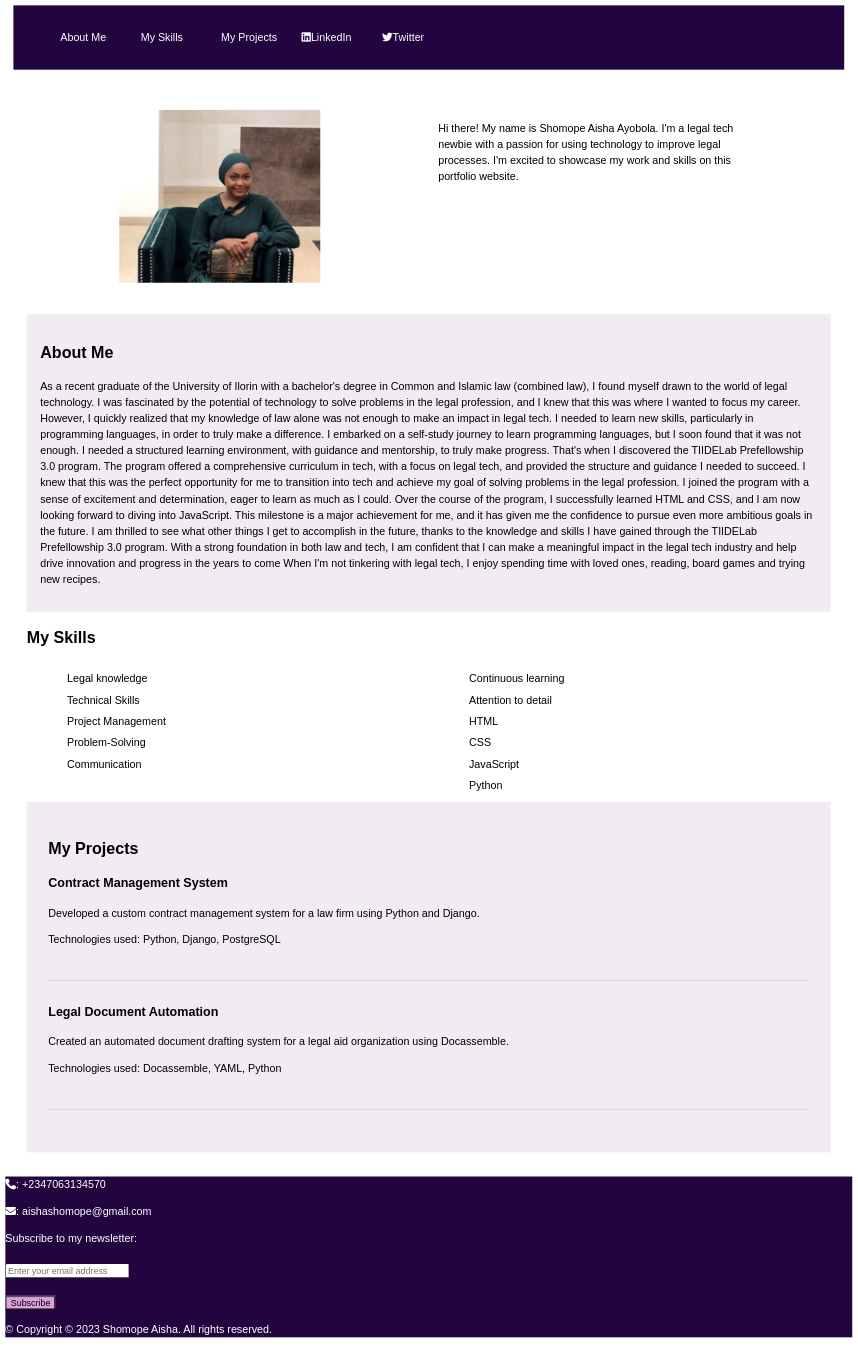
Repository: Iyewande/AishasPortfolio
Page: Index.html
These files come from the project's save history. The page is drawn as it stood at one moment and after the next save; the edit follows.
The browser window is 1280 px wide. The pictures show the whole page, at 67% of full size.
Some web libraries are served in a nearby version.

Above is the page before, as saved 2023-05-04 22:19:48.

### Index.html
<!DOCTYPE html>
<html lang="en">
    <head>
        <meta charset="UTF-8">
        <meta http-equiv="X-UA-Compatible" content="IE=edge">
        <meta name="viewport" content="width=device-width, initial-scale=1.0">
        <title>My Legal Tech Portfolio</title>
        <link rel="stylesheet" href="Style.css">
        <script src="https://kit.fontawesome.com/dcc74d8766.js" crossorigin="anonymous"></script>
    </head>
    <body>
        <div class="main-container">
        <!-- This HTML code creates a simple portfolio website with three main sections: About Me, My Projects, and My Skills.
            The navigation menu allows visitors to easily navigate between the sections of the website. The CSS styling for
            this website is located in a separate style.css file. -->
        <header id="header">
            <div>

            </div>
            <nav>
                <ul>
                    <li><a href="#about">About Me</a></li>
                    <li><a href="#skills">My Skills</a></li>
                    <li><a href="#projects">My Projects</a></li>
                    <li><a href="https://www.linkedin.com/in/shomope-aisha-ayobola/"><i class="fa-brands fa-linkedin"></i>LinkedIn</a></li>
                    <li><a href="https://twitter.com/ShomopeAisha"><i class="fa-brands fa-twitter"></i>Twitter</a></li>
                  </ul>
            </nav>
        </header>
        <main>
            <section id="landingPage">
                <div id="image">
                    <img id="img" src="E17CF07F-F5B1-4C94-9C3E-8D25C5FEC29B.jpg" alt="A picture of me">
                </div>
                <div id="heading">
                    <p>Hi there! My name is Shomope Aisha Ayobola.  I'm a legal tech newbie with a passion for using technology to improve legal processes. I'm excited to
                        showcase my work and skills on this portfolio website.
                    </p>
                </div>

            </section>
            <section  id="about">
                <div id="aboutMe">
                    <h2>About Me</h2>
                </div>
                <div id="paragraph">
                    <p>
                        As a recent graduate of the University of Ilorin with a bachelor's degree in Common and Islamic law (combined law), I found myself drawn to the world of legal technology. I was fascinated by the potential of technology to solve problems in the legal profession, and I knew that this was where I wanted to focus my career.
                        However, I quickly realized that my knowledge of law alone was not enough to make an impact in legal tech. I needed to learn new skills, particularly in programming languages, in order to truly make a difference. I embarked on a self-study journey to learn programming languages, but I soon found that it was not enough. I needed a structured learning environment, with guidance and mentorship, to truly make progress.
                        That's when I discovered the TIIDELab Prefellowship 3.0 program. The program offered a comprehensive curriculum in tech, with a focus on legal tech, and provided the structure and guidance I needed to succeed. I knew that this was the perfect opportunity for me to transition into tech and achieve my goal of solving problems in the legal profession.
                        I joined the program with a sense of excitement and determination, eager to learn as much as I could. Over the course of the program, I successfully learned HTML and CSS, and I am now looking forward to diving into JavaScript. This milestone is a major achievement for me, and it has given me the confidence to pursue even more ambitious goals in the future.
                        I am thrilled to see what other things I get to accomplish in the future, thanks to the knowledge and skills I have gained through the TIIDELab Prefellowship 3.0 program. With a strong foundation in both law and tech, I am confident that I can make a meaningful impact in the legal tech industry and help drive innovation and progress in the years to come
                        When I'm not tinkering with legal tech, I enjoy spending time with loved ones, reading, board games and trying new recipes.
                    </p>
                </div>

            </section>
              <section id="skills">
                <div id="mySkills">
                    <h2>My Skills</h2>
                </div>
               <div id="list">
                    <div id="unordered">
                         <p>Legal knowledge</p>
                         <p>Technical Skills</p>
                         <p>Project Management</p>
                         <p>Problem-Solving</p>
                         <p>Communication</p>
                    </div>
                    <div id="ordered">
                        <p>Continuous learning</p>
                        <p>Attention to detail</p>
                        <p>HTML</p>
                        <p>CSS</p>
                        <p>JavaScript</p>
                        <p>Python</p>
                </div>
              </section>
              <section id="projects">
                <div class="main-container"></div>
                <h2>My Projects</h2>
                <ul>
                  <li>
                    <h3>Contract Management System</h3>
                    <p>Developed a custom contract management system for a law firm using Python and Django.</p>
                    <p>Technologies used: Python, Django, PostgreSQL</p>
                  </li>
                  <li>
                    <h3>Legal Document Automation</h3>
                    <p>Created an automated document drafting system for a legal aid organization using Docassemble.</p>
                    <p>Technologies used: Docassemble, YAML, Python</p>
                  </li>
                </ul>
              </section>
              <section>
                <!-- <h3 id="futureProjects">Future projects</h3> -->
                <!-- As a complete legal tech newbie with only legal knowledge, HTML, and CSS skills, you can still build a portfolio
                       that showcases your abilities and potential. Here are some project ideas: -->

                <!-- <ul>
                    <li>
                        <h3>Legal blog or website</h3>
                        <p>Create a blog or website that discusses legal topics, provides legal advice, or offers legal services.</p>
                        <p>Tools:My HTML and CSS skills to design and build the website, and my legal knowledge to create
                            engaging and informative content.</p>
                    </li>
                    <li>
                        <h3>Legal case study</h3>
                        <p> Analyze a legal case and create a detailed report that summarizes the facts, legal issues, and outcomes.</p>
                    </li>
                    <li>
                        <h3>Legal newsletter</h3>
                        <p>Develop a newsletter that provides updates on legal news, recent court decisions, or changes in legislation.</p>
                    </li>
                    <li>
                        <h3>Legal Podcast </h3>
                        <p>Create a podcast that discusses legal topics or features interviews with legal professionals.</p>
                    </li>
                    <li>
                        <h3>Legal infographic</h3>
                        <p>Create an infographic that explains a legal concept or process in a visually engaging way.</p>
                    </li>
                    <h3>Legal research database</h3>
                    <p>Build a legal research database that allows users to search for legal cases or statutes using keywords, topics, and other criteria.</p>
                    </li>
                    <li>
                        <h3>Document automation</h3>
                        <p>Develop a tool that automates the creation of legal documents, such as contracts or agreements, using templates and user input.</p>
                    </li>
                    <li>
                        <h3>Contract management system</h3>
                        <p>Create a system that manages the entire contract lifecycle, from drafting to negotiation to execution and beyond.</p>
                    </li>
                    <li>
                        <h3>Compliance tracking tool</h3>
                        <p>Build a tool that helps companies track their compliance with legal regulations, such as data privacy laws or labor laws.</p>
                    </li>
                    <li>
                        <h3>Legal analytics dashboard</h3>
                        <p>Develop a dashboard that provides insights and analytics on legal data, such as case outcomes or legal spend.</p>
                    </li>
                    <li>
                        <h3>E-discovery tool</h3>
                        <p>Create a tool that helps legal teams manage electronic discovery, including searching, reviewing, and producing relevant documents for litigation.</p>
                    </li>
                    <li>
                        <h3>Virtual legal assistant</h3>
                        <p>Build a virtual assistant that can answer legal questions, provide guidance on legal processes, or assist with legal research.</p>
                    </li>
                </ul>
              </section>
              <p>These projects will help demonstrate my creativity, technical skills, and understanding of legal concepts.
                They can be used to showcase my work to potential employers, clients, or collaborators in the legal tech industry.
                As I continue to learn and develop your skills, I can incorporate more advanced technical components into my
                portfolio projects.</p> -->

        </main>
        <!-- footer: contains content that appears at the bottom of the page, such as copyright information. -->
        <footer id="footer">
            <div >
                <div class="contact">
                    <p><i class="fa-sharp fa-solid fa-phone"></i>: +2347063134570</p>
                    <p><i class="fa-solid fa-envelope"></i>: aishashomope@gmail.com</p>
                </div>
                <form action="#" method="post">
                    <label for="subscribe">Subscribe to my newsletter:</label>
                    <br><br>
                    <input type="email" id="subscribe" name="subscribe" placeholder="Enter your email address">
                    <br><br>
                    <button class=btn type="submit">Subscribe</button>
                </form>
                <p>&copy; Copyright © 2023 Shomope Aisha. All rights reserved.</p>
            </div>
        </footer>
    </div>
    </body>
</html>

### Style.css
/* Specific styles */

/* Header Styles */
#header {
  background-color: rgb(34, 4, 63);
  color: #fff;
  display: flex;
}

.header-container {
  display: flex;
  justify-content: space-between;
  align-items: center;
}

nav ul {
  display: flex;
  list-style: none;
}

nav ul li {
  margin: 0 10px;
  display: inline-block;
  width: 100px;
}

nav ul li a {
  color: #fff;
  text-decoration: none;
}

#landingPage {
  display: flex;
  margin: 20px;
  padding: 20px;
  justify-content: space-around;
}

#image{
  width: 25%;
}
#img{
  width: 300px;
}

#heading{
  width: 40%;
}

  #about {
    background-color: rgb(243, 235, 243);
    padding: 20px;
  }

  #about p {
    margin-bottom: 1em;
  }
  #aboutMe h2{
    font-size: 24px;
  }

  #projects ul {
    list-style: none;
    margin: 0;
    padding: 0;
  }

  #projects li {
    border-bottom: 1px solid #ccc;
    margin-bottom: 2em;
    padding-bottom: 2em;
  }

  #projects h3 {
    margin-top: 0;
  }

  #projects p {
    margin-bottom: 1em;
  }

  #projects {
    background-color: rgb(243, 235, 243);
    padding: 2em;
  }

  #futureProjects li {
    background-color: rgb(243, 235, 243);
    padding: 2em;
  }


  #skills ul {
    display: grid;
    grid-template-columns: repeat(auto-fit, minmax(120px, 1fr));
    grid-gap: 1em;
  }

  #skills li {
    background-color: #f7f7f7;
    border: 1px solid #ccc;
    border-radius: 4px;
    padding: 1em;
    text-align: center;
  }

  #list{
    display: flex;
    justify-content: space-around;
  }

  #unordered{
    width: 40%;
    line-height: 1;
  }

  #ordered{
    width: 40%;
    line-height: 1;
  }


   */
  /* Global Styles */
* {
    box-sizing: border-box;
    margin: 0;
    padding: 0;
}

body {
    font-family: Arial, sans-serif;
    font-size: 16px;
    line-height: 1.5;
}

header, main {
    max-width: 1200px;
    margin: 0 auto;
    padding: 20px;
}

/* Footer styles */
footer{
    background-color: rgb(34, 4, 63);
    color: #fff;
}
/* Hover Style */
nav ul li a:hover {
    text-decoration: underline;
}

.btn {
    background-color:plum;
}
.btn:hover {
    background-color:purple;
    color: white;
}


/* Focus Style */
input:focus {
    background-color: plum;
  }

/* Pseudo style */
h3{
    font-weight: bold;
}

After the next save:
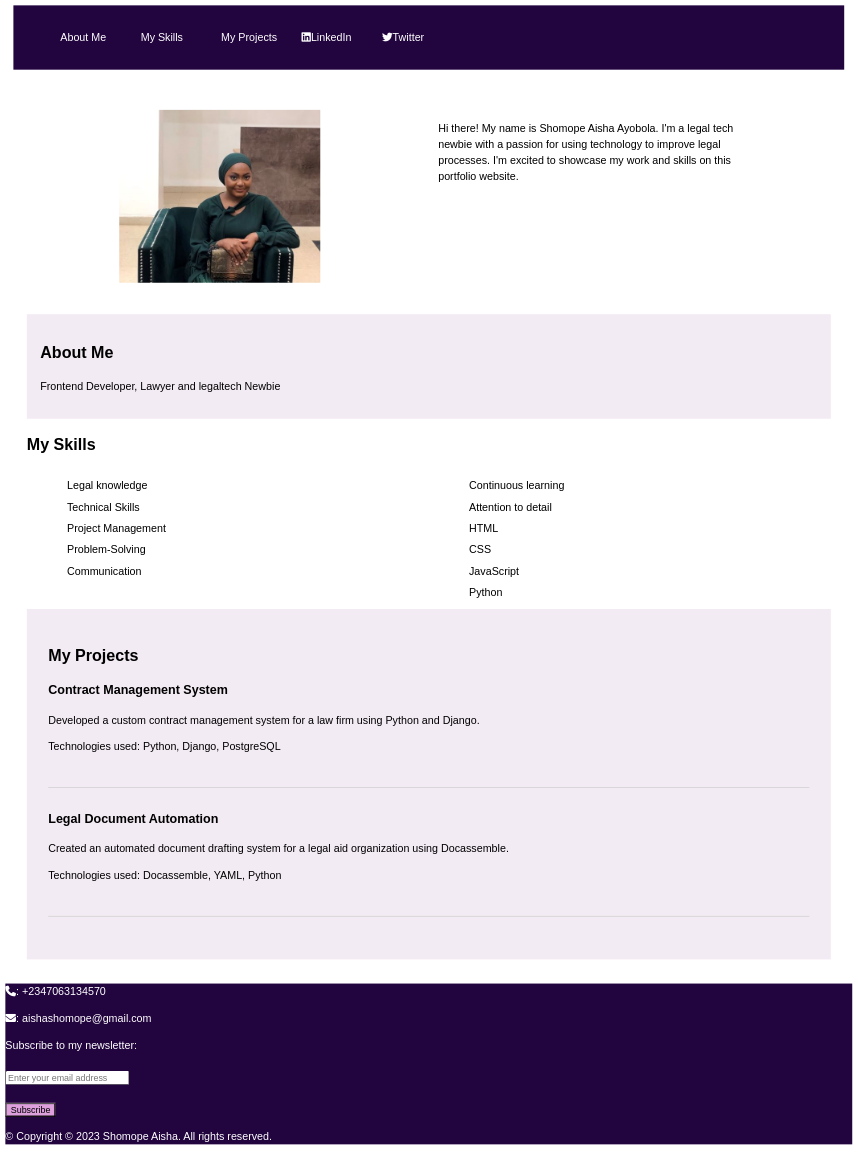
Saved 15 min 47 s later.
--- a/Index.html
+++ b/Index.html
@@ -43,14 +43,10 @@
                 <div id="aboutMe">
                     <h2>About Me</h2>
                 </div>
+                <div></div>
                 <div id="paragraph">
                     <p>
-                        As a recent graduate of the University of Ilorin with a bachelor's degree in Common and Islamic law (combined law), I found myself drawn to the world of legal technology. I was fascinated by the potential of technology to solve problems in the legal profession, and I knew that this was where I wanted to focus my career.
-                        However, I quickly realized that my knowledge of law alone was not enough to make an impact in legal tech. I needed to learn new skills, particularly in programming languages, in order to truly make a difference. I embarked on a self-study journey to learn programming languages, but I soon found that it was not enough. I needed a structured learning environment, with guidance and mentorship, to truly make progress.
-                        That's when I discovered the TIIDELab Prefellowship 3.0 program. The program offered a comprehensive curriculum in tech, with a focus on legal tech, and provided the structure and guidance I needed to succeed. I knew that this was the perfect opportunity for me to transition into tech and achieve my goal of solving problems in the legal profession.
-                        I joined the program with a sense of excitement and determination, eager to learn as much as I could. Over the course of the program, I successfully learned HTML and CSS, and I am now looking forward to diving into JavaScript. This milestone is a major achievement for me, and it has given me the confidence to pursue even more ambitious goals in the future.
-                        I am thrilled to see what other things I get to accomplish in the future, thanks to the knowledge and skills I have gained through the TIIDELab Prefellowship 3.0 program. With a strong foundation in both law and tech, I am confident that I can make a meaningful impact in the legal tech industry and help drive innovation and progress in the years to come
-                        When I'm not tinkering with legal tech, I enjoy spending time with loved ones, reading, board games and trying new recipes.
+                        Frontend Developer, Lawyer and legaltech Newbie
                     </p>
                 </div>
 
